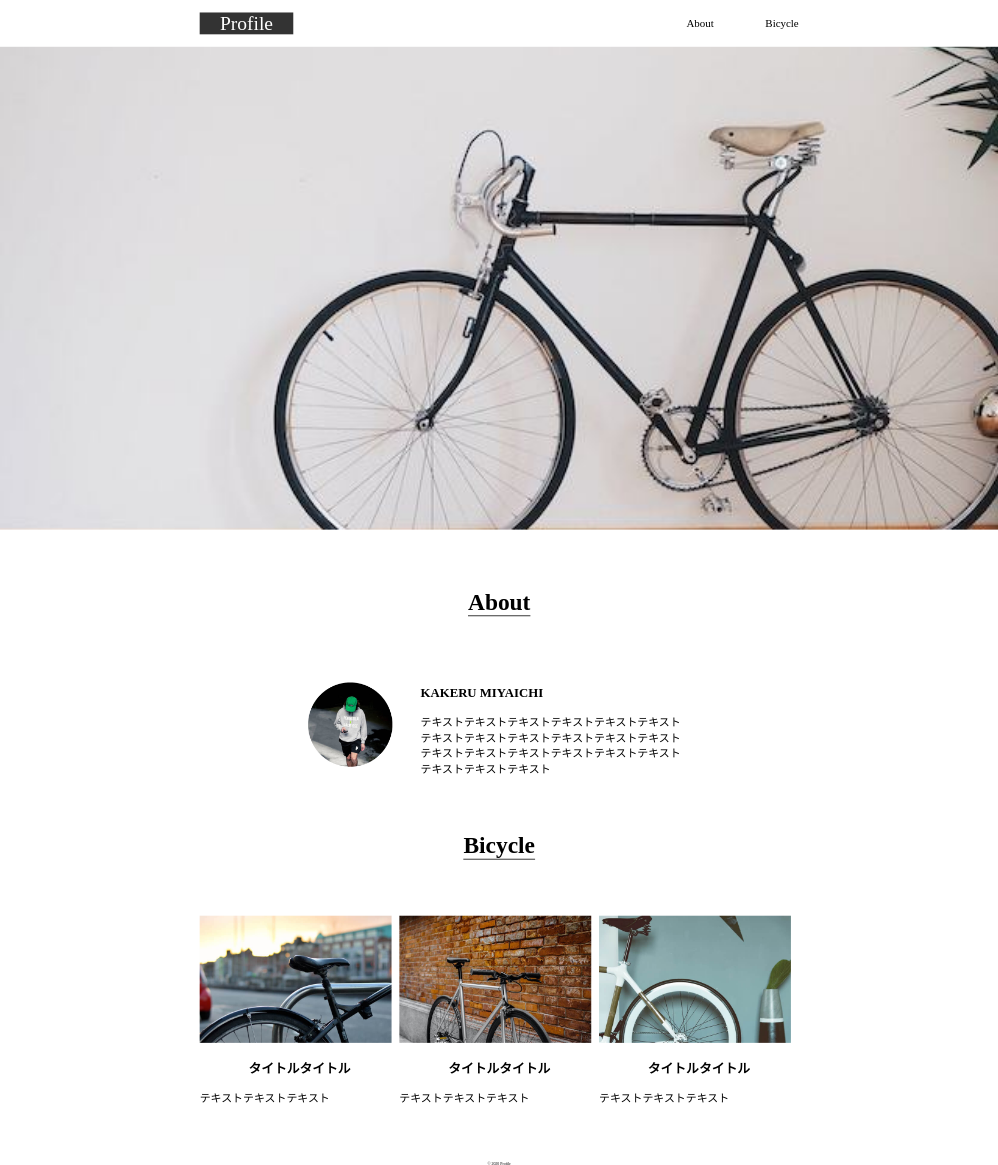
Repository: naoko0513/bike
Page: index.html
The author's editor kept a record of every edit. The page is drawn from the files as they stood at one moment, then again after the next edit.
The browser window is 1280 px wide. The pictures show the whole page, at 78% of full size.

Above is the page before.

After the next edit:
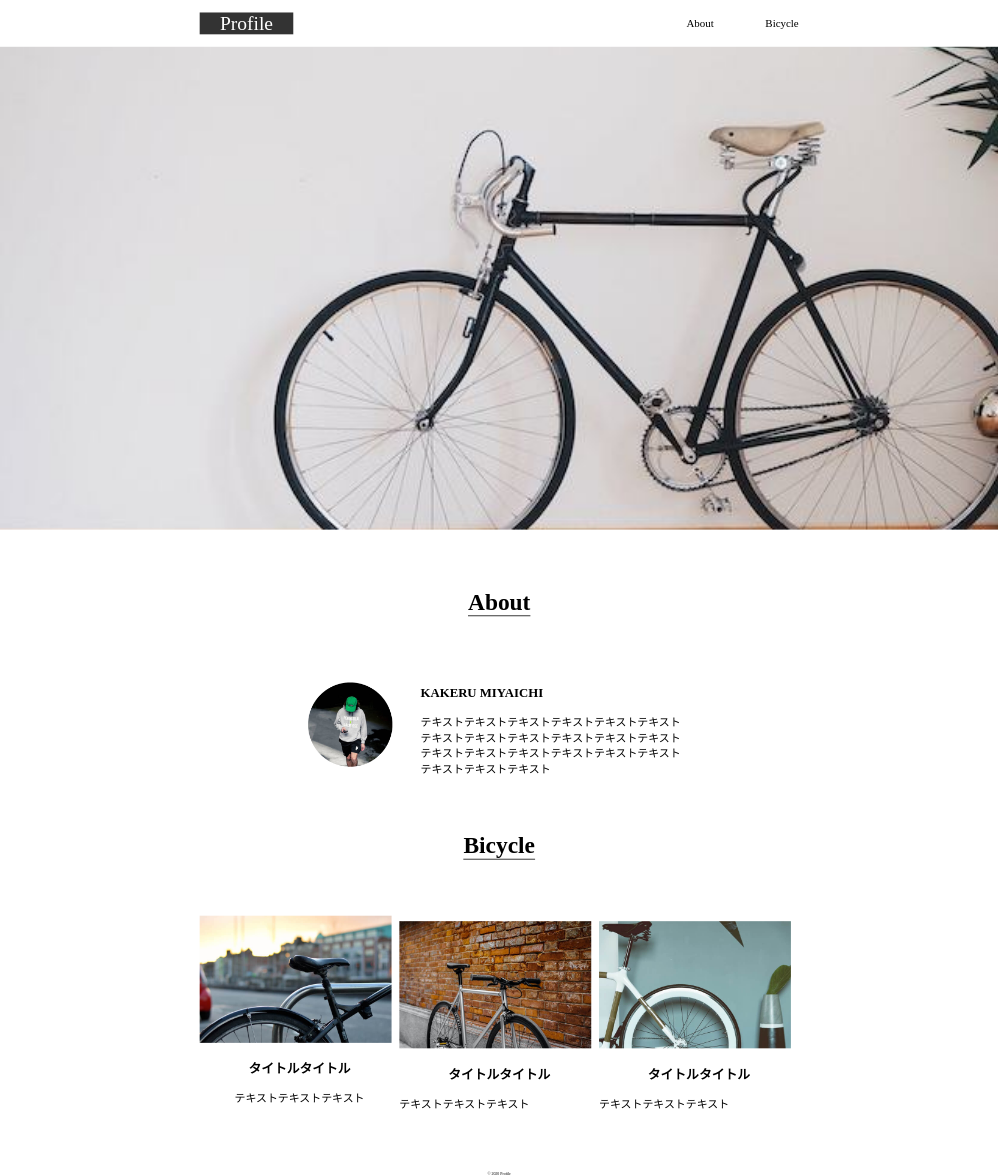
The edit:
--- a/index.html
+++ b/index.html
@@ -44,7 +44,7 @@
         <div class="bicycle-text">
             <img src="images/bicycle1.jpg" alt="自転車１の画像"></img>
                 <h3>タイトルタイトル</h3>
-                テキストテキストテキスト
+                <P>テキストテキストテキスト</p>
         </div>
         <div class="bicycle-text">
             <img src="images/bicycle2.jpg" alt="自転車２の画像"></img>
